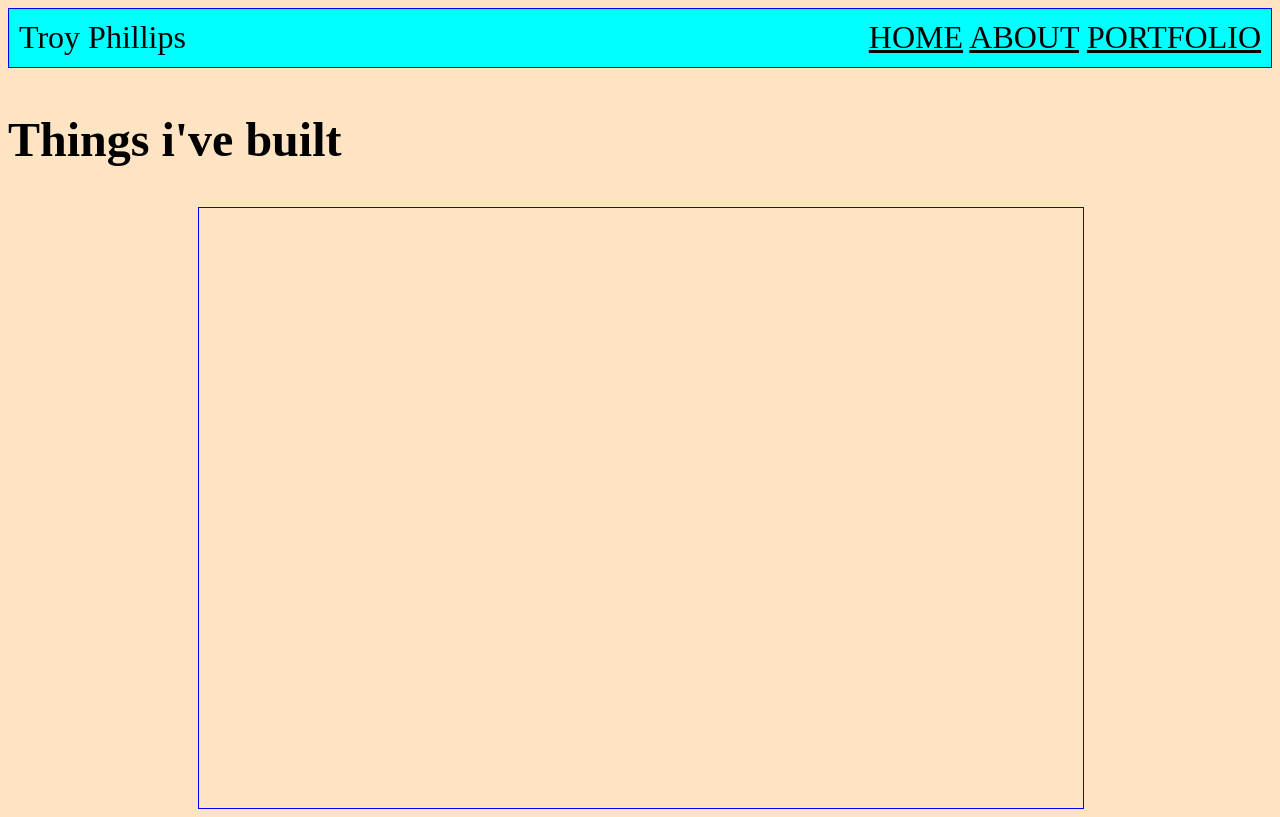
Repository: TheTroyPhillips/Personal-website
Page: portfolio.html
An editor plug-in stored every save of this project. The page is shown before and after the next save, followed by the edit.
The browser window is 1280 px wide. The pictures show the whole page.

Above is the page before, as saved 2023-09-10 22:33:03.

After the next save:
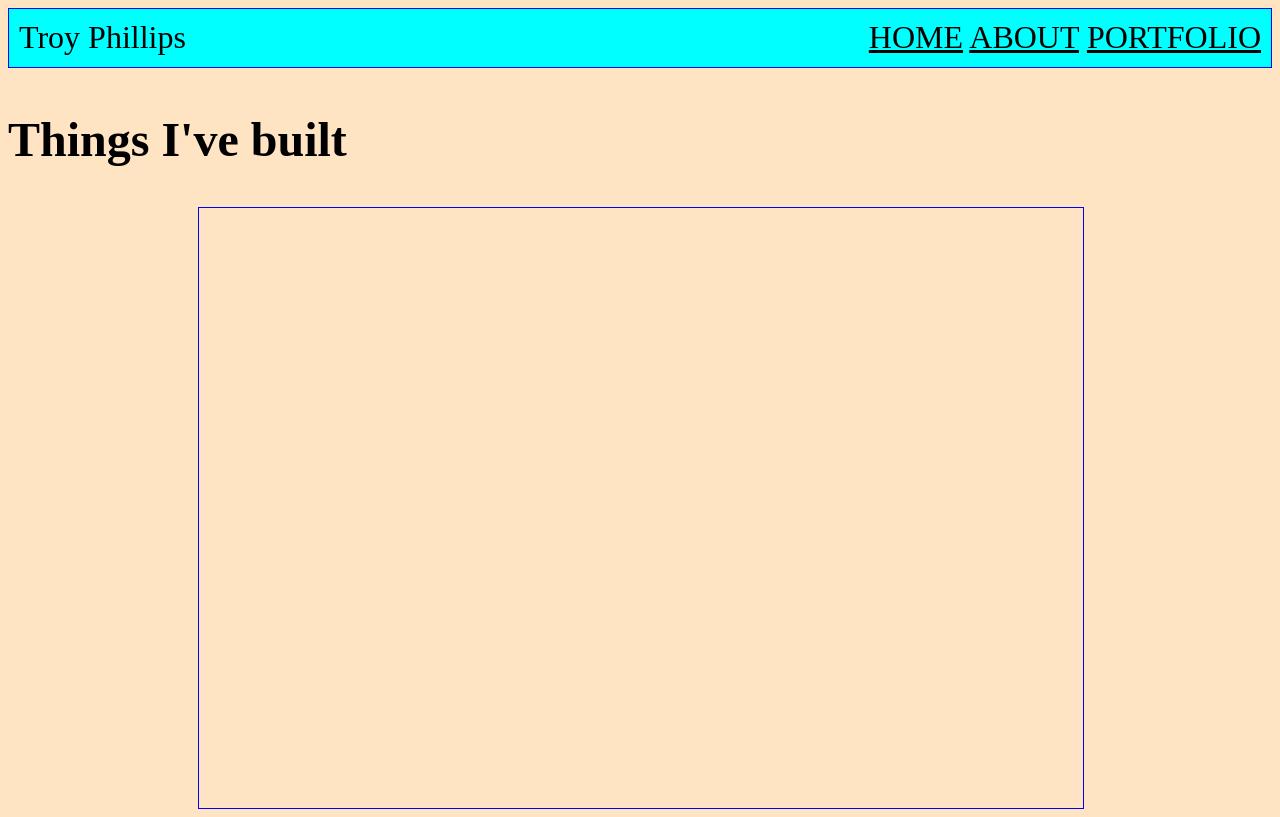
Saved 4 s later.
--- a/portfolio.html
+++ b/portfolio.html
@@ -16,7 +16,7 @@
             <a href="/about.html">ABOUT</a>
             <a href="/portfolio.html">PORTFOLIO</a>
         </div>
-        <h2>Things i've built</h2>
+        <h2>Things I've built</h2>
         <div class="childc">
 
         </div>
